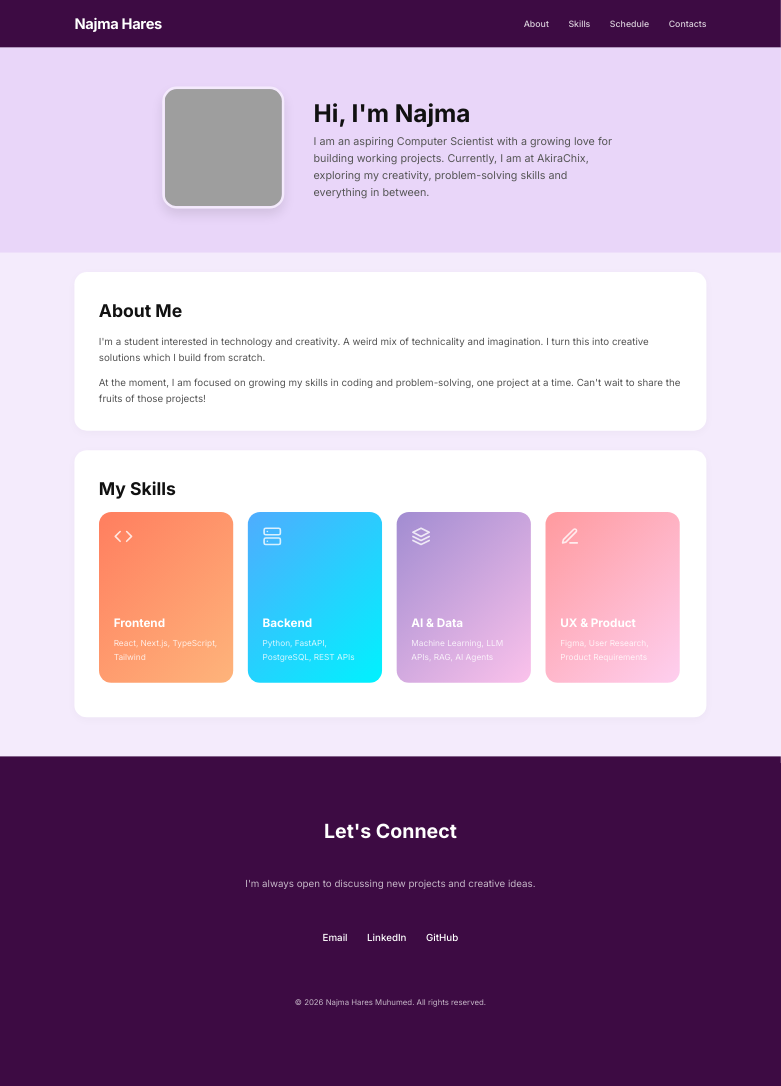
Repository: najmahares/portfolio
Page: index.html
These files come from the project's save history. The page is drawn as it stood at one moment and after the next save; the edit follows.
The browser window is 1280 px wide. The pictures show the whole page, at 61% of full size.
Pictures or frames that could not be fetched are drawn as grey boxes.

Above is the page before, as saved 2026-09-19 05:53:08.

### index.html
<!doctype html>
<html lang="en">
  <head>
    <meta charset="UTF-8" />
    <meta name="viewport" content="width=device-width, initial-scale=1.0" />
    <title>Najma Hares | Portfolio</title>
    <link rel="preconnect" href="https://fonts.googleapis.com" />
    <link rel="preconnect" href="https://fonts.gstatic.com" crossorigin />
    <link
      href="https://fonts.googleapis.com/css2?family=Inter:wght@300;400;500;600;700&display=swap"
      rel="stylesheet"
    />
    <link rel="stylesheet" href="css/style.css" />
  </head>
  <body>
    <!-- Navigation Bar (Dark Purple) -->
    <nav class="navbar">
      <div class="nav-container">
        <a href="#" class="logo">Najma Hares</a>
        <div class="nav-links">
          <a href="#about">About</a>
          <a href="#skills">Skills</a>
          <a href="#schedule">Schedule</a>
          <a href="#contact">Contacts</a>
        </div>
      </div>
    </nav>

    <!-- Hero Section (Light Lavender Background) -->
    <header class="hero">
      <div class="hero-content">
        <div class="profile-image-wrapper">
          <!-- Placeholder for your actual headshot -->
          <img
            src="https://images.unsplash.com/photo-1573496359142-b8d87734a5a2?auto=format&fit=crop&q=80&w=400"
            alt="Najma Hares"
            class="profile-img"
          />
        </div>
        <div class="hero-text">
          <h1>Hi, I'm Najma</h1>
          <p>
            I am an aspiring Computer Scientist with a growing love for building
            working projects. Currently, I am at AkiraChix, exploring my
            creativity, problem-solving skills and everything in between.
          </p>
        </div>
      </div>
    </header>

    <!-- Main Content Area (White Cards) -->
    <main class="container">
      <!-- About Me Card -->
      <section id="about" class="card about-card">
        <h2>About Me</h2>
        <p>
          I'm a student interested in technology and creativity. A weird mix of
          technicality and imagination. I turn this into creative solutions
          which I build from scratch.
        </p>
        <p>
          At the moment, I am focused on growing my skills in coding and
          problem-solving, one project at a time. Can't wait to share the fruits
          of those projects!
        </p>
      </section>

      <!-- My Skills Card -->
      <section id="skills" class="card skills-card">
        <h2>My Skills</h2>
        <div class="skills-scroll-container">
          <!-- Skill Card 1: Frontend -->
          <div class="skill-block block-frontend">
            <div class="skill-icon">
              <svg
                width="32"
                height="32"
                viewBox="0 0 24 24"
                fill="none"
                stroke="#ffffff"
                stroke-width="2"
                stroke-linecap="round"
                stroke-linejoin="round"
              >
                <polyline points="16 18 22 12 16 6"></polyline>
                <polyline points="8 6 2 12 8 18"></polyline>
              </svg>
            </div>
            <h3>Frontend</h3>
            <p>React, Next.js, TypeScript, Tailwind</p>
          </div>

          <!-- Skill Card 2: Backend -->
          <div class="skill-block block-backend">
            <div class="skill-icon">
              <svg
                width="32"
                height="32"
                viewBox="0 0 24 24"
                fill="none"
                stroke="#ffffff"
                stroke-width="2"
                stroke-linecap="round"
                stroke-linejoin="round"
              >
                <rect x="2" y="2" width="20" height="8" rx="2" ry="2"></rect>
                <rect x="2" y="14" width="20" height="8" rx="2" ry="2"></rect>
                <line x1="6" y1="6" x2="6.01" y2="6"></line>
                <line x1="6" y1="18" x2="6.01" y2="18"></line>
              </svg>
            </div>
            <h3>Backend</h3>
            <p>Python, FastAPI, PostgreSQL, REST APIs</p>
          </div>

          <!-- Skill Card 3: AI & Data -->
          <div class="skill-block block-ai">
            <div class="skill-icon">
              <svg
                width="32"
                height="32"
                viewBox="0 0 24 24"
                fill="none"
                stroke="#ffffff"
                stroke-width="2"
                stroke-linecap="round"
                stroke-linejoin="round"
              >
                <path
                  d="M12 2L2 7l10 5 10-5-10-5zM2 17l10 5 10-5M2 12l10 5 10-5"
                ></path>
              </svg>
            </div>
            <h3>AI & Data</h3>
            <p>Machine Learning, LLM APIs, RAG, AI Agents</p>
          </div>

          <!-- Skill Card 4: UX & Product -->
          <div class="skill-block block-ux">
            <div class="skill-icon">
              <svg
                width="32"
                height="32"
                viewBox="0 0 24 24"
                fill="none"
                stroke="#ffffff"
                stroke-width="2"
                stroke-linecap="round"
                stroke-linejoin="round"
              >
                <path d="M12 20h9"></path>
                <path
                  d="M16.5 3.5a2.121 2.121 0 0 1 3 3L7 19l-4 1 1-4L16.5 3.5z"
                ></path>
              </svg>
            </div>
            <h3>UX & Product</h3>
            <p>Figma, User Research, Product Requirements</p>
          </div>

          <!-- Skill Card 5: QA -->
          <div class="skill-block block-qa">
            <div class="skill-icon">
              <svg
                width="32"
                height="32"
                viewBox="0 0 24 24"
                fill="none"
                stroke="#ffffff"
                stroke-width="2"
                stroke-linecap="round"
                stroke-linejoin="round"
              >
                <path d="M22 11.08V12a10 10 0 1 1-5.93-9.14"></path>
                <polyline points="22 4 12 14.01 9 11.01"></polyline>
              </svg>
            </div>
            <h3>Testing</h3>
            <p>Jest, Cypress, Playwright, Postman</p>
          </div>
        </div>
      </section>
    </main>

    <!-- Footer / Contact Section -->
    <footer id="contact" class="footer">
      <div class="container">
        <h2>Let's Connect</h2>
        <p>I'm always open to discussing new projects and creative ideas.</p>
        <div class="footer-links">
          <a href="mailto:haresnajma@gmail.com">Email</a>
          <a href="#">LinkedIn</a>
          <a href="#">GitHub</a>
        </div>
        <p class="copyright">
          &copy; 2026 Najma Hares Muhumed. All rights reserved.
        </p>
      </div>
    </footer>
  </body>
</html>

### css/style.css
/* --- CSS Variables (Light Lavender & Dark Purple Theme) --- */
:root {
  --bg-nav: #3d0b43; /* Dark Purple (Navbar) */
  --bg-hero: #e9d6f9; /* Light Lavender (Hero Background) */
  --bg-body: #f4ebfc; /* Very Light Lavender (Body Background) */
  --bg-card: #ffffff; /* White Cards */

  --text-main: #1a1a1a; /* Dark Gray for body text */
  --text-heading: #111111; /* Almost Black for headings */
  --text-muted: #555555; /* Muted gray for secondary text */

  --accent: #ff4d6d; /* Coral Pink (Buttons, accents) */
  --border-radius: 20px;
  --font-main: "Inter", sans-serif;
}

/* --- Reset & Base --- */
* {
  margin: 0;
  padding: 0;
  box-sizing: border-box;
}

body {
  font-family: var(--font-main);
  background-color: var(--bg-body);
  color: var(--text-main);
  line-height: 1.6;
}

a {
  text-decoration: none;
  color: inherit;
  transition: color 0.3s;
}

/* --- Navigation Bar --- */
.navbar {
  background-color: var(--bg-nav);
  padding: 1.25rem 0;
}

.nav-container {
  max-width: 1100px;
  margin: 0 auto;
  padding: 0 2rem;
  display: flex;
  justify-content: space-between;
  align-items: center;
}

.logo {
  color: #ffffff;
  font-size: 1.5rem;
  font-weight: 700;
  letter-spacing: -0.5px;
}

.nav-links {
  display: flex;
  gap: 2rem;
}

.nav-links a {
  color: rgba(255, 255, 255, 0.8);
  font-size: 0.9rem;
  font-weight: 500;
}

.nav-links a:hover {
  color: #ffffff;
}

/* --- Hero Section --- */
.hero {
  background-color: var(--bg-hero);
  padding: 4rem 2rem;
  display: flex;
  justify-content: center;
}

.hero-content {
  max-width: 900px;
  display: flex;
  align-items: center;
  gap: 3rem;
}

.profile-image-wrapper {
  flex-shrink: 0;
}

.profile-img {
  width: 200px;
  height: 200px;
  object-fit: cover;
  border-radius: 24px; /* Soft rounded corners like the reference */
  box-shadow: 0 10px 20px rgba(0, 0, 0, 0.1);
  border: 4px solid rgba(255, 255, 255, 0.5);
}

.hero-text h1 {
  font-size: 2.5rem;
  color: var(--text-heading);
  margin-bottom: 0.5rem;
  line-height: 1.2;
}

.hero-text p {
  font-size: 1.1rem;
  color: var(--text-muted);
  max-width: 500px;
}

/* --- Main Content Area (Cards) --- */
.container {
  max-width: 1100px;
  margin: 0 auto;
  padding: 2rem 2rem 4rem;
  display: flex;
  flex-direction: column;
  gap: 2rem;
}

.card {
  background-color: var(--bg-card);
  border-radius: var(--border-radius);
  padding: 2.5rem;
  box-shadow: 0 4px 15px rgba(0, 0, 0, 0.03);
}

.card h2 {
  font-size: 1.8rem;
  color: var(--text-heading);
  margin-bottom: 1rem;
}

.card p {
  color: var(--text-muted);
  font-size: 1rem;
  margin-bottom: 1rem;
}

.card p:last-child {
  margin-bottom: 0;
}

/* --- Skills Section (Horizontal Scroll) --- */
.skills-scroll-container {
  display: flex;
  gap: 1.5rem;
  overflow-x: auto;
  padding-bottom: 1rem;
  /* Hide scrollbar for clean look */
  scrollbar-width: none; /* Firefox */
  -ms-overflow-style: none; /* IE and Edge */
}

.skills-scroll-container::-webkit-scrollbar {
  display: none; /* Chrome, Safari, Opera */
}

.skill-block {
  min-width: 220px;
  height: 280px;
  border-radius: 20px;
  padding: 2rem 1.5rem;
  color: #ffffff;
  display: flex;
  flex-direction: column;
  justify-content: flex-end;
  position: relative;
  overflow: hidden;
  transition: transform 0.3s ease;
  /* Adding a subtle gradient to simulate the image cards from the reference */
}

.skill-block:hover {
  transform: translateY(-5px);
}

.skill-icon {
  position: absolute;
  top: 1.5rem;
  left: 1.5rem;
  opacity: 0.8;
}

.skill-block h3 {
  font-size: 1.2rem;
  margin-bottom: 0.5rem;
  z-index: 2;
}

.skill-block p {
  font-size: 0.85rem;
  color: rgba(255, 255, 255, 0.8);
  margin: 0;
  z-index: 2;
}

/* Gradient Backgrounds for Skill Cards */
.block-frontend {
  background: linear-gradient(135deg, #ff7e5f, #feb47b);
}
.block-backend {
  background: linear-gradient(135deg, #4facfe, #00f2fe);
}
.block-ai {
  background: linear-gradient(135deg, #a18cd1, #fbc2eb);
}
.block-ux {
  background: linear-gradient(135deg, #ff9a9e, #fecfef);
}
.block-qa {
  background: linear-gradient(135deg, #43e97b, #38f9d7);
}

/* --- Footer --- */
.footer {
  background-color: var(--bg-nav);
  color: #ffffff;
  padding: 4rem 2rem 2rem;
  text-align: center;
}

.footer h2 {
  font-size: 2rem;
  margin-bottom: 1rem;
}

.footer p {
  color: rgba(255, 255, 255, 0.7);
  margin-bottom: 2rem;
}

.footer-links {
  display: flex;
  justify-content: center;
  gap: 2rem;
  margin-bottom: 3rem;
}

.footer-links a {
  color: #ffffff;
  font-weight: 500;
  border-bottom: 2px solid transparent;
}

.footer-links a:hover {
  border-bottom-color: var(--accent);
}

.copyright {
  font-size: 0.8rem;
  color: rgba(255, 255, 255, 0.4);
  margin: 0;
}

/* --- Responsive Design --- */
@media (max-width: 768px) {
  .nav-links {
    display: none; /* Add JS toggle later if needed */
  }

  .hero-content {
    flex-direction: column;
    text-align: center;
    gap: 1.5rem;
  }

  .hero-text h1 {
    font-size: 2rem;
  }

  .hero-text p {
    margin: 0 auto;
  }

  .card {
    padding: 1.5rem;
  }
}

After the next save:
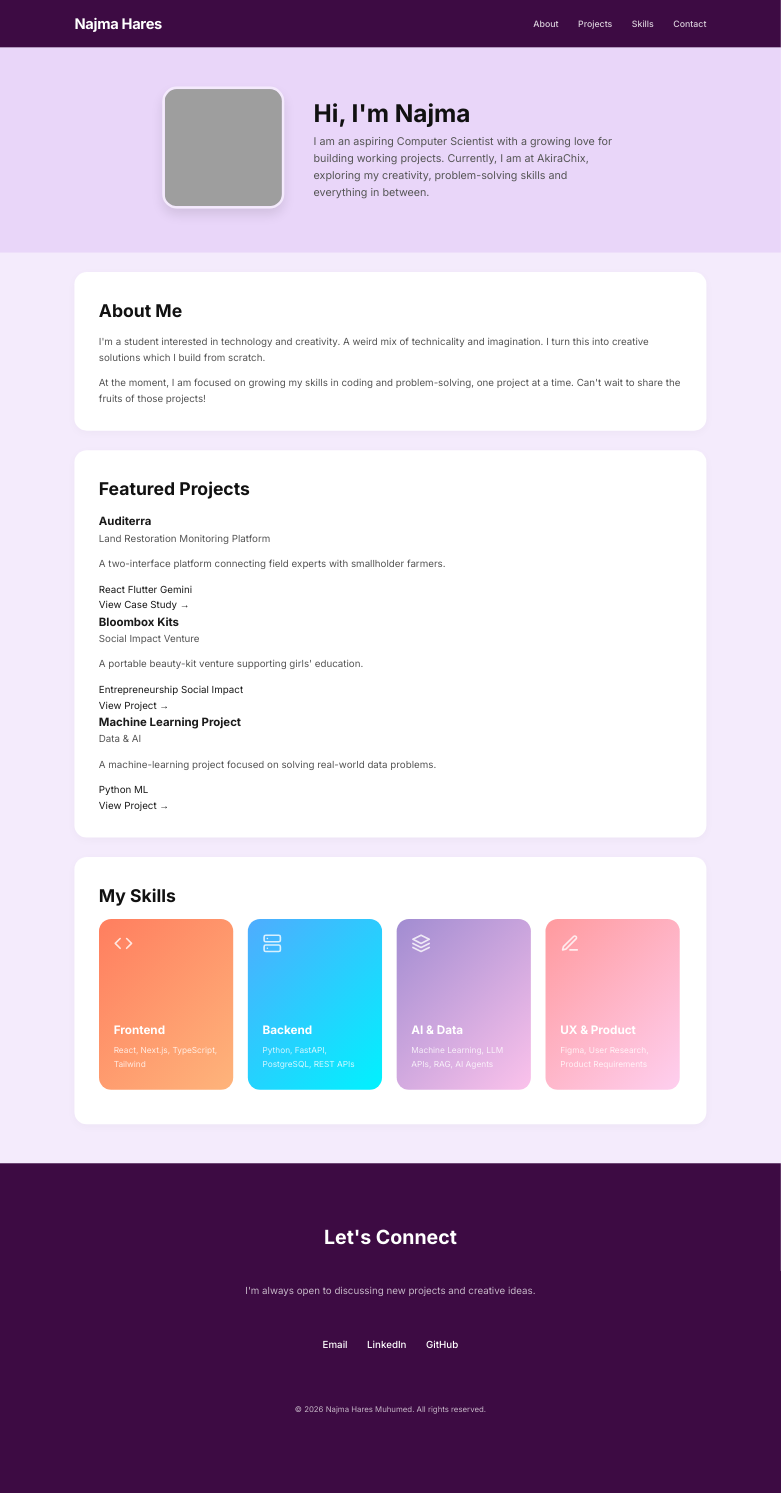
Saved 105 s later.
--- a/index.html
+++ b/index.html
@@ -19,9 +19,9 @@
         <a href="#" class="logo">Najma Hares</a>
         <div class="nav-links">
           <a href="#about">About</a>
+          <a href="#projects">Projects</a>
           <a href="#skills">Skills</a>
-          <a href="#schedule">Schedule</a>
-          <a href="#contact">Contacts</a>
+          <a href="#contact">Contact</a>
         </div>
       </div>
     </nav>
@@ -65,6 +65,68 @@
         </p>
       </section>
 
+      <!-- Projects Card -->
+      <section id="projects" class="card projects-card">
+        <h2>Featured Projects</h2>
+        <div class="projects-grid">
+          <!-- Project 1: Auditerra -->
+          <div class="project-card">
+            <div class="project-img placeholder-auditerra"></div>
+            <div class="project-info">
+              <h3>Auditerra</h3>
+              <p class="project-subtitle">
+                Land Restoration Monitoring Platform
+              </p>
+              <p class="project-desc">
+                A two-interface platform connecting field experts with
+                smallholder farmers.
+              </p>
+              <div class="project-tags">
+                <span class="tag">React</span>
+                <span class="tag">Flutter</span>
+                <span class="tag">Gemini</span>
+              </div>
+              <a href="#" class="project-link">View Case Study →</a>
+            </div>
+          </div>
+
+          <!-- Project 2: Bloombox Kits -->
+          <div class="project-card">
+            <div class="project-img placeholder-bloombox"></div>
+            <div class="project-info">
+              <h3>Bloombox Kits</h3>
+              <p class="project-subtitle">Social Impact Venture</p>
+              <p class="project-desc">
+                A portable beauty-kit venture supporting girls' education.
+              </p>
+              <div class="project-tags">
+                <span class="tag">Entrepreneurship</span>
+                <span class="tag">Social Impact</span>
+              </div>
+              <a href="#" class="project-link">View Project →</a>
+            </div>
+          </div>
+
+          <!-- Project 3: Machine Learning -->
+          <div class="project-card">
+            <div class="project-img placeholder-ml"></div>
+            <div class="project-info">
+              <h3>Machine Learning Project</h3>
+              <p class="project-subtitle">Data & AI</p>
+              <p class="project-desc">
+                A machine-learning project focused on solving real-world data
+                problems.
+              </p>
+              <div class="project-tags">
+                <span class="tag">Python</span>
+                <span class="tag">ML</span>
+              </div>
+              <a href="#" class="project-link">View Project →</a>
+            </div>
+          </div>
+        </div>
+      </section>
+
       <!-- My Skills Card -->
       <section id="skills" class="card skills-card">
         <h2>My Skills</h2>
@@ -182,7 +244,7 @@
       </section>
     </main>
 
-    <!-- Footer / Contact Section -->
+    <!-- Compact Footer / Contact Section -->
     <footer id="contact" class="footer">
       <div class="container">
         <h2>Let's Connect</h2>
